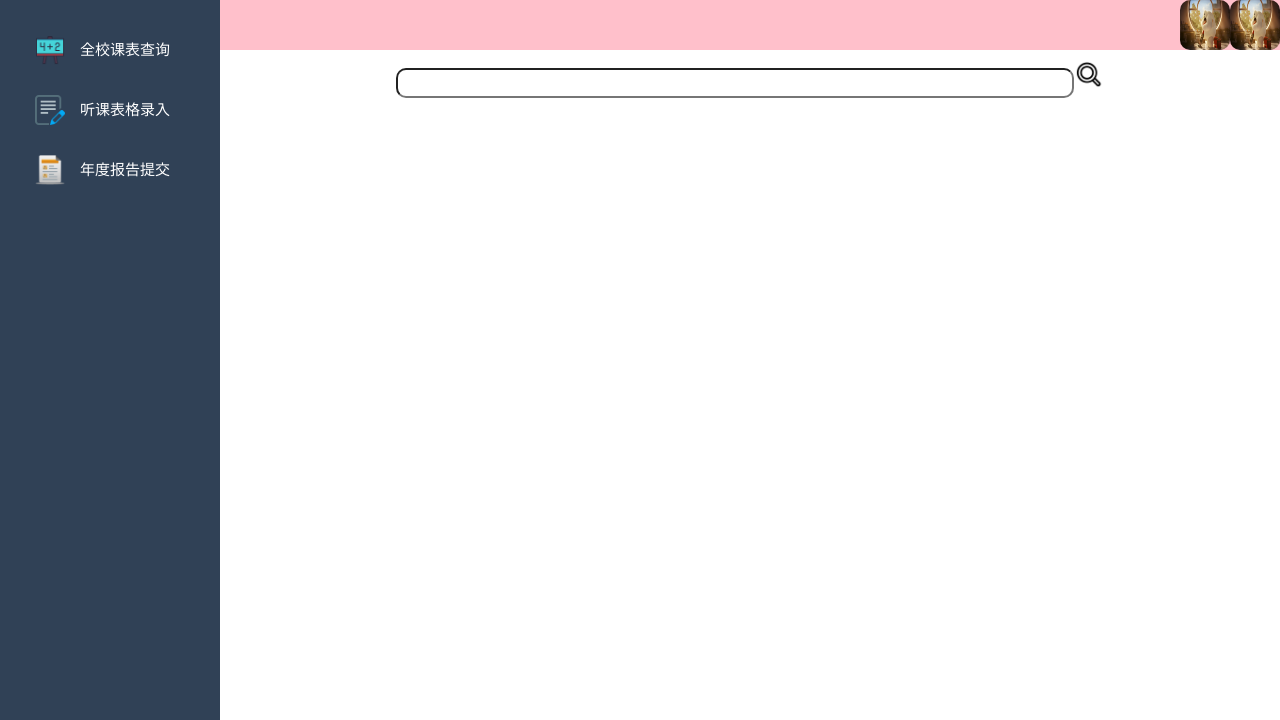
Repository: shandamengcheng/graduate-project
Page: /home
These files come from the project's save history. The page is drawn as it stood at one moment and after the next save; the edit follows.
The browser window is 1280 px wide. The pictures show the whole page.
The project was rebuilt for these pictures with package versions that can differ from the ones it lists, and the page was loaded fresh each time. Also part of the build but not shown: src/views/Login.vue.

Above is the page before, as saved 2021-03-11 20:20:12.

### src/App.vue
<template>
  <div id="app">
    <router-view/>
  </div>
</template>

<style>
* {
  margin: 0;
  padding: 0;
  -webkit-box-sizing: inherit;
  box-sizing: inherit;
}

#app, html, body{
  font-family: Avenir, Helvetica, Arial, sans-serif;
  -webkit-font-smoothing: antialiased;
  -moz-osx-font-smoothing: grayscale;
  text-align: center;
  color: #2c3e50;
  height: 100%;
  overflow: hidden;
}

</style>

### src/router/index.js
import Vue from 'vue'
import VueRouter from 'vue-router'
import Home from '../views/Home.vue'
import Login from '../views/Login.vue';
import Search from '../components/Search.vue';

Vue.use(VueRouter)

const routes = [
  {
    path: '/',
    name: 'Login',
    component: Login
  },
  {
    path: '/home',
    name: Home,
    component: Home,
    children:[
      {
        path: '/',
        name: 'Search',
        component: Search,
      },
      {
        path: 'search',
        name: 'Search',
        component: Search,
      }
    ]
  }
]

const router = new VueRouter({
  mode: 'history',
  base: process.env.BASE_URL,
  routes
})

export default router

### src/views/Home.vue
<template>
  <div class="home">
    <SideBar />
    <div class="main">
      <NavigationBar />
      <router-view />
      <!-- <Search /> -->
    </div>
  </div>
</template>

<script>
// @ is an alias to /src
import Login from "@/views/Login";
import SideBar from "@/components/SideBar";
import NavigationBar from "@/components/NavigationBar";
import Search from "@/components/Search";

export default {
  name: "Home",
  components: {
    Login,
    SideBar,
    NavigationBar,
    Search,
  },
};
</script>

<style scoped>
.home {
  min-height: 100%;
  width: 100%;
  display: flex;
  flex-direction: row;
  /* background-color: #2d3a4b;
    color: white; */
  overflow: hidden;
}
.main {
  width: calc(100% - 220px);
  min-width: 600px;
}
</style>

### src/components/Search.vue
<template>
  <div class="search">
    <input type="search" />
    <img src="@/assets/search.png" >
  </div>
</template>

<script>
export default {
  name: "Search",
};
</script>

<style scoped>
.search {
  width: 80%;
  margin: auto;
  height: 30px;
  margin-top: 10px;
}
.search input {
  display: inline-block;
  width: 80%;
  height: 30px;
  line-height: 30px;
  margin: auto;
  border-radius: 10px;
  outline: none;
  font-size: 20px;
  padding: 0 5px;
  box-sizing: border-box;
}
.search img {
  display: inline-block;
  width: 30px;
  height: 30px;
}
</style>

### src/components/SideBar.vue
<template>
  <div class="sidebar">
    <SideBarItem>
      <img src="@/assets/class.png">
      <div>全校课表查询</div>
    </SideBarItem>
    <SideBarItem>
      <img src="@/assets/sheet.png">
      <div>听课表格录入</div>
    </SideBarItem>
    <SideBarItem>
      <img src="@/assets/report.png">
      <div>年度报告提交</div>
    </SideBarItem>
  </div>
</template>

<script>
import SideBarItem from "@/components/SideBarItem";

export default {
  name: "SideBar",
  components: {
    SideBarItem,
  },

}
</script>

<style scoped>
.sidebar {
  width: 220px;
  min-width: 220px;
  height: 100vh;
  background: #304156;
  color: white;
  font-size: 15px;
  text-align: center;
  display: flex;
  flex-direction: column;
  padding-top: 20px;
}
</style>

### src/components/NavigationBar.vue
<template>
  <div class="navbar">
    <img src="@/assets/bai.jpg" class="avatar-img">
    <img src="@/assets/bai.jpg" class="avatar-submenu">
  </div>
</template>

<script>
export default {
  name: "NavigationBar",
}
</script>

<style scoped>
.navbar {
  width: 100%;
  height: 50px;
  background: pink;
  display: flex;
  justify-content: flex-end;
}
.navbar img {
  display: inline-block;
  height: 100%;
  width: 50px;
  border-radius: 10px;
}
</style>

### src/components/SideBarItem.vue
<template>
  <div class="sidebar-item" @click="showSearchView">
    <slot>默认列表项</slot>
  </div>
</template>

<script>
export default {
  name: "SideBarItem",
  methods: {
    showSearchView: function() {
      this.$router.push('/home/search');
    }
  }
}
</script>

<style scoped>
.sidebar-item {
  height: 60px;
  padding: 0 10px;
  line-height: 60px;
  border: none;
  outline: none;
  cursor: pointer;
  display: flex;
  justify-content: center;
}
.sidebar-item img {
  /* display: inline-block; */
  align-self: center;
  height: 50%;
  vertical-align: middle;
  width: 15%;
  /* margin-right: 5px; */
}
.sidebar-item div {
  width: 60%;
  /* display: inline-block; */
}
</style>

Loaded but not shown: public/index.html (common file); src/main.js (common file); src/store/index.js (common file)

After the next save:
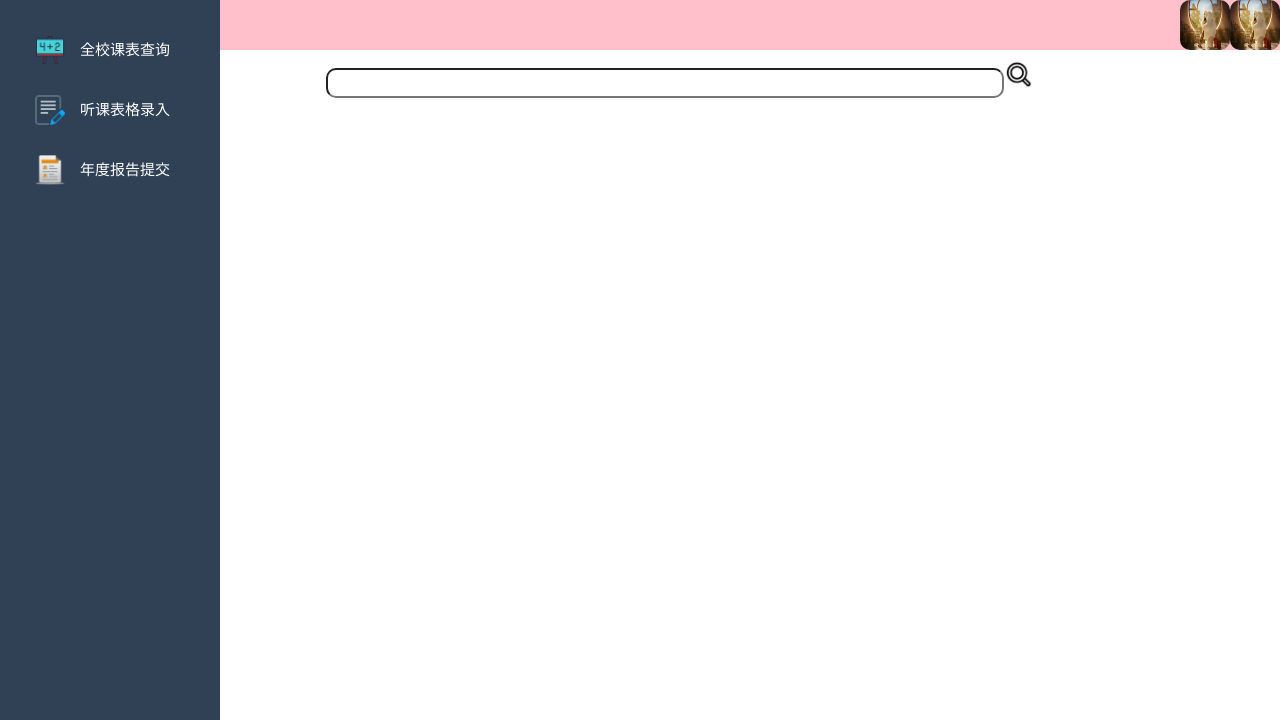
Saved 19 h 39 min later.
--- a/src/components/Search.vue
+++ b/src/components/Search.vue
@@ -17,6 +17,8 @@ export default {
   margin: auto;
   height: 30px;
   margin-top: 10px;
+  text-align: left;
+  font-size: 0;
 }
 .search input {
   display: inline-block;
